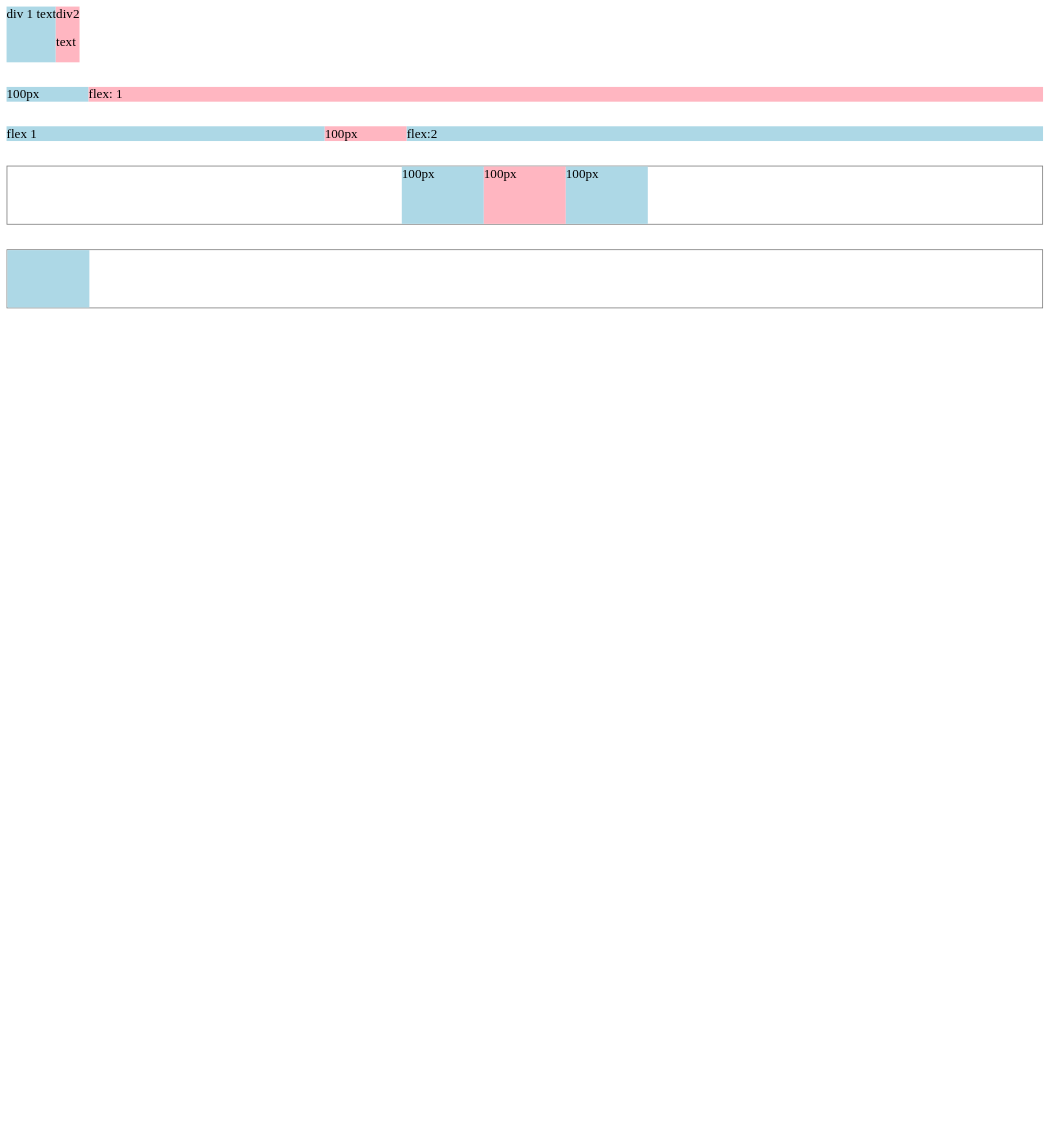
Repository: knowledgeAlan/html-css-twelve
Page: flexbox.html
An editor plug-in stored every save of this project. The page is shown before and after a run of saves, followed by the edit.
The browser window is 1280 px wide. The pictures show the whole page, at 82% of full size.

Above is the page before, as saved 2024-03-11 17:25:12.

After the next 2 saves:
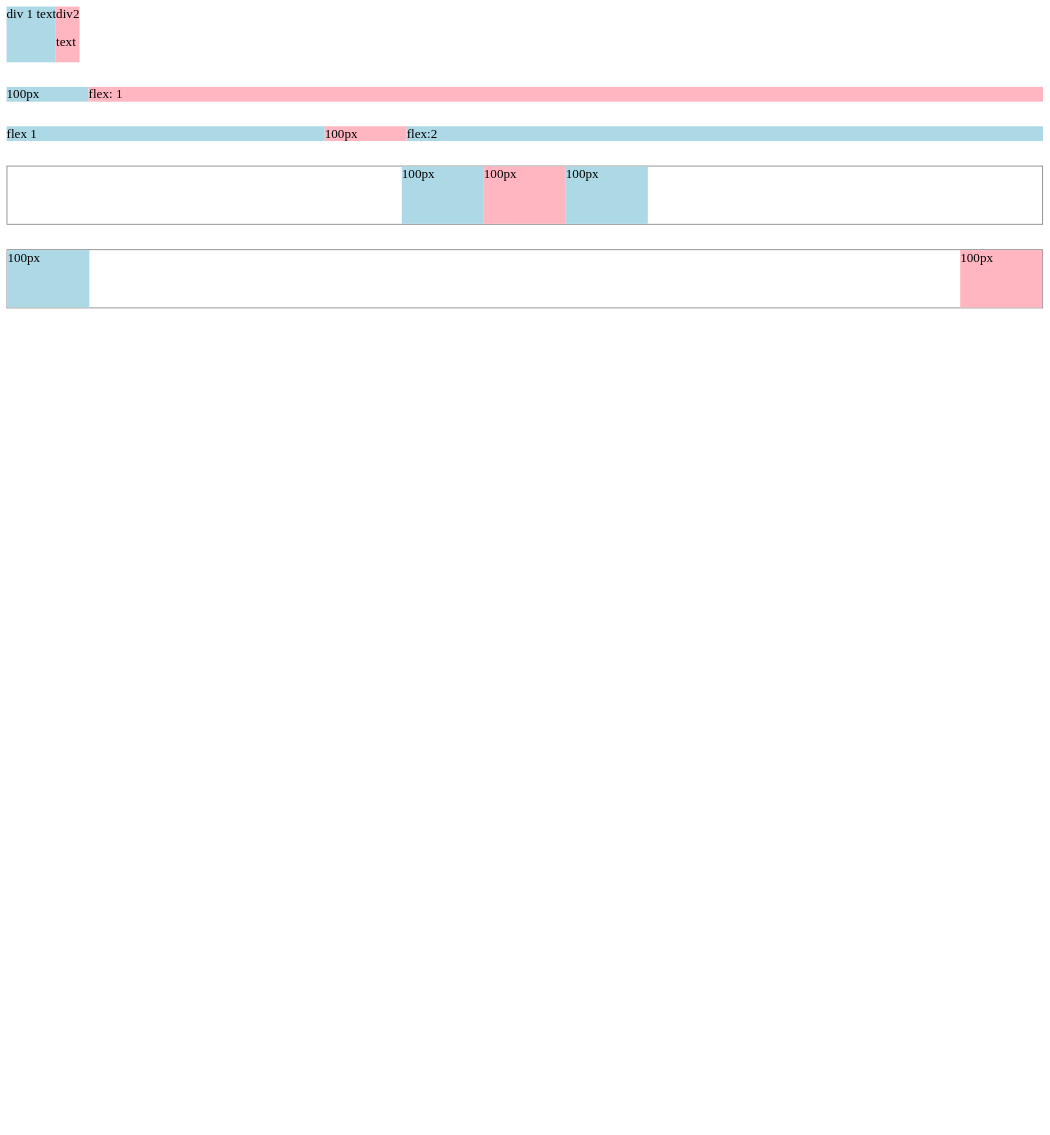
The 2 saves are shown as one change because they came seconds apart.
The last was saved 53 s later.
--- a/flexbox.html
+++ b/flexbox.html
@@ -111,9 +111,17 @@
         ">
 
             <div style="background-color: lightblue; width: 100px;">
+                100px
+            </div>
 
+            <div style="background-color: lightpink;
+                width: 100px;
+            ">
+                100px
             </div>
         </div>
 
+
+
     </body>
 </html>
